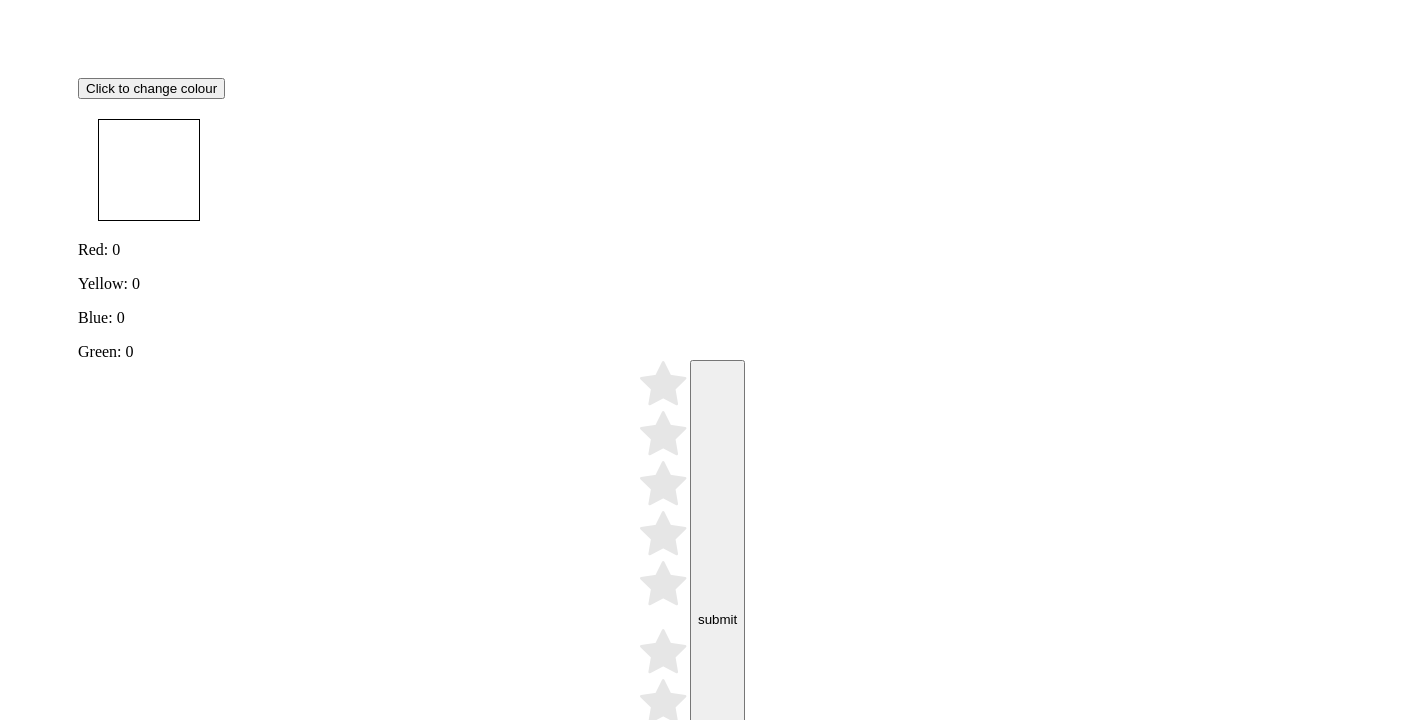
Repository: samalty/star-rating-system-js-test
Page: home.html
The author's editor kept a record of every edit. The page is drawn from the files as they stood at one moment, then again after the next edit.
The browser window is 1280 px wide. The page is 1412 px wide, so the pictures cover 1412 px, including what lies to the right of the window. The pictures show the whole page.

Above is the page before.

### home.html
<html>
    <head>
        <meta charset="utf-8">
        <title>Home</title>
        <link rel="stylesheet" href="styles.css">
        <link href="https://stackpath.bootstrapcdn.com/font-awesome/4.7.0/css/font-awesome.min.css" rel="stylesheet" integrity="sha384-wvfXpqpZZVQGK6TAh5PVlGOfQNHSoD2xbE+QkPxCAFlNEevoEH3Sl0sibVcOQVnN" crossorigin="anonymous">
        <script src="custom.js" charset="utf-8"></script>
    </head>
    <body>
        <div class="container">
            <button class="click" id="colour" onclick="colours()">Click to change colour</button>
            <div class="colourDiv" id="changeColour"></div>
            <div class="scores">
                <p>Red: <span id="redScore">0</span></p>
                <p>Yellow: <span id="yellowScore">0</span></p>
                <p>Blue: <span id="blueScore">0</span></p>
                <p>Green: <span id="greenScore">0</span></p>
            </div>
        </div>
        <div class="container">
            <form name="stars" class="starsForm" onsubmit="return overallRating()">
                <div class="starContainer">
                    <input type="radio" name="star" class="star" id="star5" value="5"><label for="star5">
                    </label>
                    <input type="radio" name="star" class="star" id="star4" value="4"><label for="star4">
                    </label>
                    <input type="radio" name="star" class="star" id="star3" value="3"><label for="star3">
                    </label>
                    <input type="radio" name="star" class="star" id="star2" value="2"><label for="star2">
                    </label>
                    <input type="radio" name="star" class="star" id="star1" value="1"><label for="star1">
                    </label>
                    <br>
                    <input type="radio" name="star" class="star" id="star5" value="5"><label for="star5">
                    </label>
                    <input type="radio" name="star" class="star" id="star4" value="4"><label for="star4">
                    </label>
                    <input type="radio" name="star" class="star" id="star3" value="3"><label for="star3">
                    </label>
                    <input type="radio" name="star" class="star" id="star2" value="2"><label for="star2">
                    </label>
                    <input type="radio" name="star" class="star" id="star1" value="1"><label for="star1">
                    </label>
                </div>
                <input type="submit" class="submit" value="submit">
            </form>
        </div>
    </body>
</html>

### styles.css
/* Random colour generator */

.container{
    width: 100%;
    padding: 70px;
}
.red{
    background-color: red;
}
.yellow{
    background-color: yellow;
}
.blue{
    background-color: blue;
}
.green{
    background-color: green;
}
.colourDiv{
    height: 100px;
    width: 100px;
    border: solid 1px black;
    margin: 20px;
}

/* Star1 */

.starsForm{
    position: absolute;
    top: 50%;
    left: 50%;
    display: flex;
}
.fundingStarContainer{
    display: flex;
    margin: 0;
    transform: translate(-50%, -50%) rotateY(180deg);
    border: 1px solid black;
}
.star{
    display: none;
}

.starsForm label{
    display: block;
    cursor: pointer;
    width: 50px;
}
.starsForm label:before{
    content: '\f005';
    font-family: fontAwesome;
    position: relative;
    display: block;
    font-size: 50px;
    color: #e6e6e6;
}
.starsForm label:after{
    content: '\f005';
    font-family: fontAwesome;
    position: absolute;
    display: block;
    font-size: 50px;
    color: #ffd11a;
    top: 0;
    opacity: 0;
    transition: .5s;
    text-shadow: 0 2px 5px rgba(0,0,0,.5);
}
.starsForm label:hover:after,
.starsForm label:hover ~ label:after,
.starsForm input:checked ~ label:after{
    opacity: 1;
}

/* Star2 */

.con{
    height: 60px;
    width: 330px;
    position: absolute;
    margin: auto;
    left: 0;
    right: 0;
    top: 0;
    bottom: 0;
}

.fa-star{
    font-size: 200px;
    color: #e6e6e6;
    cursor: pointer;
}

### custom.js
var redCount = 0;
var yellowCount = 0;
var blueCount = 0;
var greenCount = 0;

const redScoreCount = document.getElementById('redScore');
const yellowScoreCount = document.getElementById('yellowScore');
const blueScoreCount = document.getElementById('blueScore');
const greenScoreCount = document.getElementById('greenScore');

const colour_button = document.getElementById('colour');

function colours(red, yellow, blue, green){

    var background = document.getElementById('changeColour');
    var number = Math.floor(Math.random() * 4);
    console.log(number);

    if (number == 0) {
        redCount++;
        document.getElementById("redScore").innerHTML = redCount;
        background.classList.remove('yellow', 'blue', 'green');
        background.classList.add('red');
    }
    if (number == 1) {
        yellowCount++;
        document.getElementById("yellowScore").innerHTML = yellowCount;
        background.classList.remove('red', 'blue', 'green');
        background.classList.add('yellow');
    }
    if (number == 2) {
        blueCount++;
        document.getElementById("blueScore").innerHTML = blueCount;
        background.classList.remove('red', 'yellow', 'green');
        background.classList.add('blue');
    }
    if (number == 3) {
        greenCount++;
        document.getElementById("greenScore").innerHTML = greenCount;
        background.classList.remove('red', 'yellow', 'blue');
        background.classList.add('green');
    }

}

function overallRating(){
    var x = document.forms["stars"]["fundingStar"].value;
    var y = document.forms["stars"]["mentoringStar"].value;
    var z = document.forms["stars"]["otherStar"].value;
    var o = ((x + y + z) / 3);
    console.log("You have given X a rating of " + x + " for funding.");
    console.log("You have given X a rating of " + y + " for mentoring.");
    console.log("You have given X a rating of " + z + " for other.");
}

After the next edit:
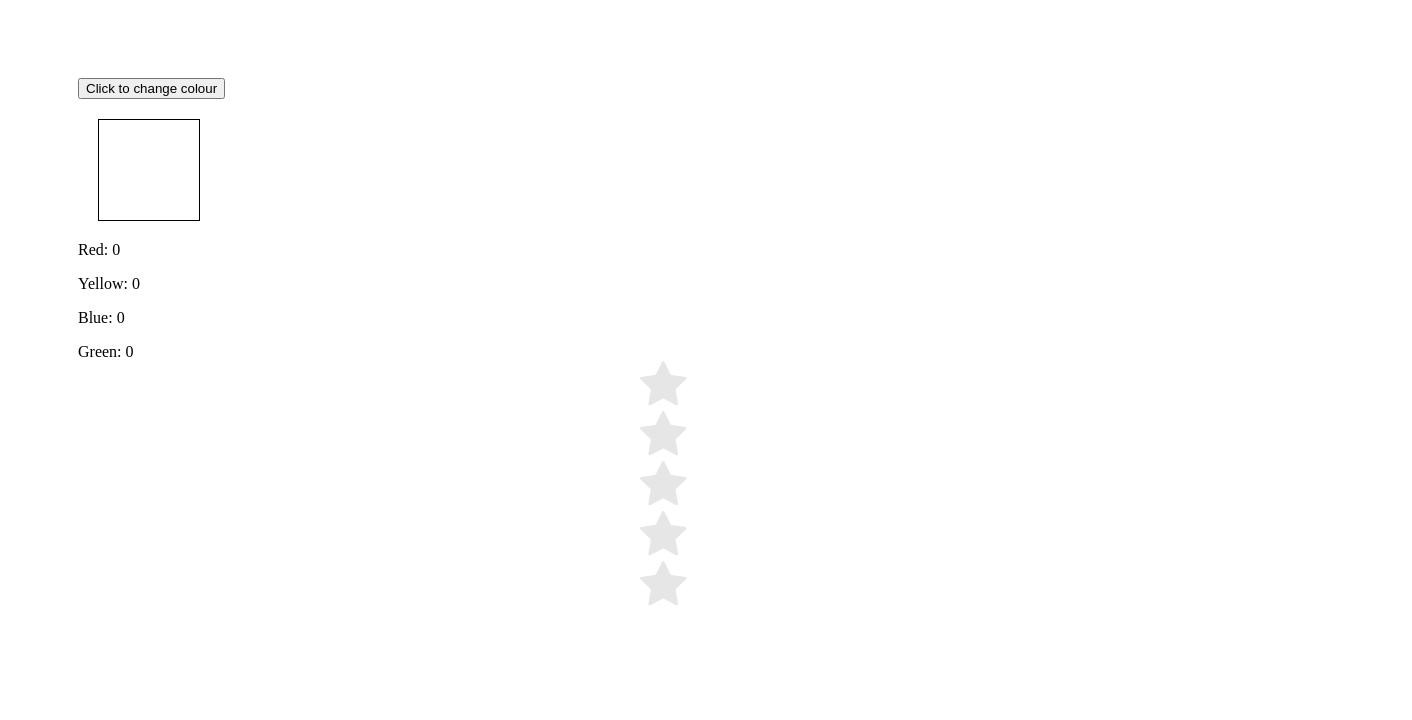
The edit:
--- a/home.html
+++ b/home.html
@@ -30,18 +30,8 @@
                     </label>
                     <input type="radio" name="star" class="star" id="star1" value="1"><label for="star1">
                     </label>
-                    <br>
-                    <input type="radio" name="star" class="star" id="star5" value="5"><label for="star5">
-                    </label>
-                    <input type="radio" name="star" class="star" id="star4" value="4"><label for="star4">
-                    </label>
-                    <input type="radio" name="star" class="star" id="star3" value="3"><label for="star3">
-                    </label>
-                    <input type="radio" name="star" class="star" id="star2" value="2"><label for="star2">
-                    </label>
-                    <input type="radio" name="star" class="star" id="star1" value="1"><label for="star1">
-                    </label>
                 </div>
+                <div class="starContainer2"
                 <input type="submit" class="submit" value="submit">
             </form>
         </div>
